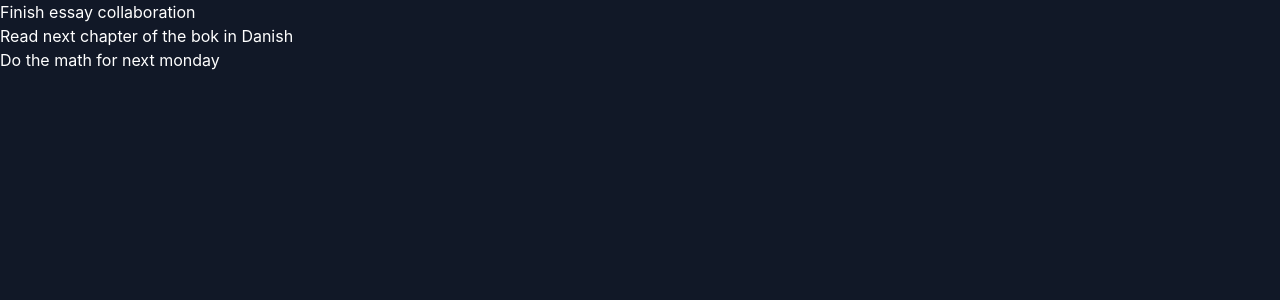
Repository: VachArt/react-exam-work
Page: /
The author's editor kept a copy of each file at every save. The page is drawn from the files as they stood at one save, then again after the next save.
The browser window is 1280 px wide. The pictures show the whole page.
The project was rebuilt for these pictures with package versions that can differ from the ones it lists, and the page was loaded fresh each time.

Above is the page before, as saved 2022-04-27 14:18:08.

After the next save:
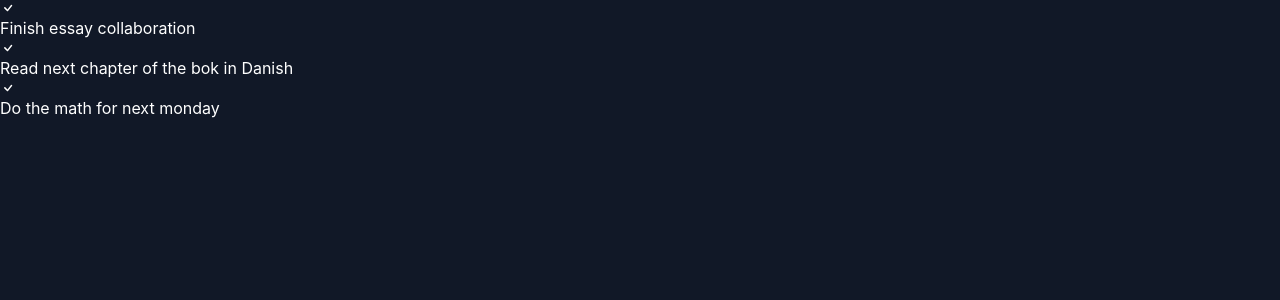
Saved 2 min 53 s later.
--- a/src/components/pages/Home/TodoItem.jsx
+++ b/src/components/pages/Home/TodoItem.jsx
@@ -1,7 +1,10 @@
 import React from "react"
+import {BsCheck} from "react-icons/bs"
 
 const TodoItem = ({todo}) => {
-    return <div>{todo.title}</div>
+    return <div>
+        <BsCheck />
+        {todo.title}</div>
 }
 
 
